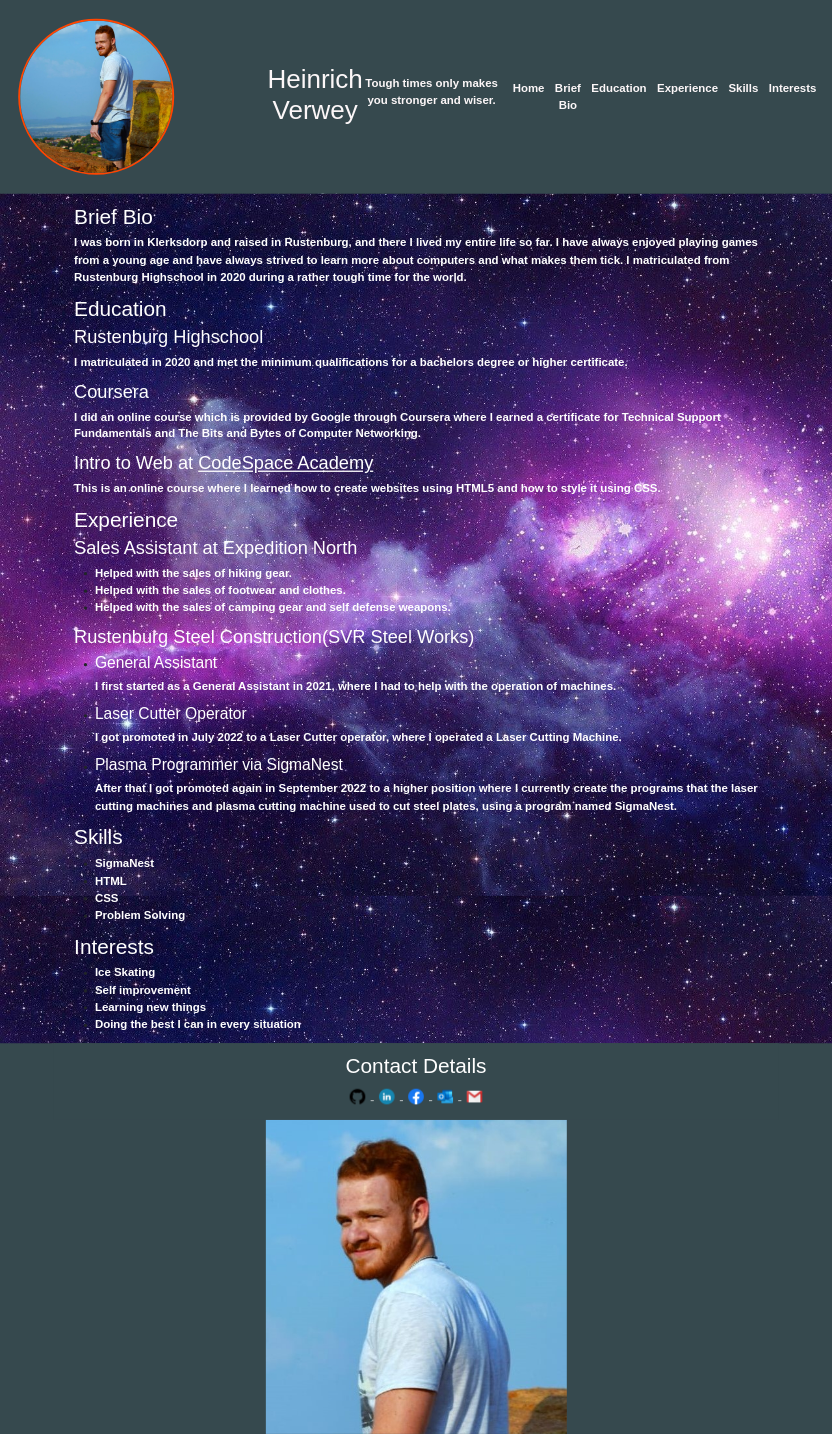
Repository: W3asl3y/IntroToWebDesign
Page: index.html
These files come from the project's save history. The page is drawn as it stood at one moment and after the next save; the edit follows.
The browser window is 1280 px wide. The pictures show the whole page, at 65% of full size.

Above is the page before, as saved 2022-12-09 15:47:26.

### index.html
<!DOCTYPE html>
<html lang="en">
    <head>
        <meta charset="UTF-8">
        <meta http-equiv="X-UA-Compatible" content="IE=edge">
        <meta name="viewport" content="width=device-width, initial-scale=1.0">

        <title>
            My Resume
        </title>

        <link rel="stylesheet" href="https://cdn.jsdelivr.net/npm/bootstrap@5.2.3/dist/css/bootstrap.min.css" integrity="sha384-rbsA2VBKQhggwzxH7pPCaAqO46MgnOM80zW1RWuH61DGLwZJEdK2Kadq2F9CUG65" crossorigin="anonymous">

        <link rel="stylesheet" type="text/css" href="css/stylesheet.css">

        <script src="https://cdn.jsdelivr.net/npm/bootstrap@5.2.3/dist/js/bootstrap.bundle.min.js" integrity="sha384-kenU1KFdBIe4zVF0s0G1M5b4hcpxyD9F7jL+jjXkk+Q2h455rYXK/7HAuoJl+0I4" crossorigin="anonymous"></script>

    </head>
    <body>

        <header id="heading">

                    <nav class="navbar navbar-expand-lg bg-transparent">

                        <div class="container-fluid m-0">
                                 <a class="navbar-brand" href="#"><img id="profile_picture" src="images/Heinrich.jpg" alt="My profile picture" ></a>
                        </div>

                        <div class="container">
                            <h1>
                                Heinrich Verwey
                            </h1>
                            <p>
                                Tough times only makes you stronger and wiser.
                            </p>
                        </div>

                                 <button class="navbar-toggler m-auto" type="button" data-bs-toggle="collapse" data-bs-target="#navbarSupportedContent" aria-controls="navbarSupportedContent" aria-expanded="false" aria-label="Toggle navigation">
                                    <span class="navbar-toggler-icon"></span>
                                </button>

                                <div class="collapse navbar-collapse" id="navbarSupportedContent">
                                    <ul class="navbar-nav me-auto mb-2 mb-lg-0">
                                        <li class="nav-item">
                                            <a class="nav-link active" aria-current="page" href="#">Home</a>
                                        </li>
                                        <li class="nav-item">
                                            <a class="nav-link" href="#brief_bio"> Brief Bio </a>
                                        </li>
                                        <li class="nav-item dropdown">
                                            <a class="nav-link" href="#education"> Education </a>
                                        </li>
                                        <li class="nav-item">
                                            <a class="nav-link" href="#experience"> Experience </a>
                                        </li>
                                        <li class="nav-item">
                                            <a class="nav-link" href="#skills"> Skills </a>
                                        </li>
                                        <li class="nav-item">
                                             <a class="nav-link" href="#interests"> Interests </a>
                                        </li>
                                    </ul>
                                </div>

                            </div>

                        </div>

                    </nav>

                </div>

            </div>

        </header>

        <div class="backgroundImage">

        <main>
            <div class="container" style="padding-top: 1rem">
                <div class="row">
                    <div class="col-12">
                        <article id="contents">
                            <h2 id="brief_bio">
                                Brief Bio
                            </h2>
                            <p>
                                I was born in Klerksdorp and raised in Rustenburg, and there I lived my entire life so far. I have always enjoyed playing games from a young age and have always strived to learn more about computers and what makes them tick. I matriculated from Rustenburg Highschool in 2020 during a rather tough time for the world.
                            </p>
                            <h2 id=education>
                                Education
                            </h2>
                            <h3>
                                Rustenburg Highschool
                            </h3>
                            <p>
                                I matriculated in 2020 and met the minimum qualifications for a bachelors degree or higher certificate.
                            </p>
                            <h3>
                                Coursera
                            </h3>
                            <p>
                                I did an online course which is provided by Google through Coursera where I earned a certificate for Technical Support Fundamentals and The Bits and Bytes of Computer Networking.
                            </p>
                            <h3>
                                Intro to Web at <a href="https://www.codespace.co.za/courses/frontend-web-development/">CodeSpace Academy</a>
                            </h3>
                            <p>
                                This is an online course where I learned how to create websites using HTML5 and how to style it using CSS.
                            </p>
                            </h3>
                            <h2 id="experience">
                                Experience
                            </h2>
                            <h3>
                                Sales Assistant at Expedition North
                            </h3>
                            <ul>
                                <li>
                                    Helped with the sales of hiking gear.
                                </li>
                                <li>
                                    Helped with the sales of footwear and clothes.
                                </li>
                                <li>
                                    Helped with the sales of camping gear and self defense weapons.
                                </li>
                            </ul>
                            <h3>
                                Rustenburg Steel Construction(SVR Steel Works)
                            </h3>
                            <ul>
                                <li>
                                    <h4>
                                        General Assistant
                                    </h4>
                                        <p>
                                            I first started as a General Assistant in 2021, where I had to help with the operation of machines.
                                        </p>
                                </li>
                                <li>
                                    <h4>
                                        Laser Cutter Operator
                                    </h4>
                                        <p>
                                            I got promoted in July 2022 to a Laser Cutter operator, where I operated a Laser Cutting Machine.
                                        </p>
                                </li>
                                <li>
                                    <h4>
                                        Plasma Programmer via SigmaNest
                                    </h4>
                                        <p>
                                            After that I got promoted again in September 2022 to a higher position where I currently create the programs that the laser cutting machines and plasma cutting machine used to cut steel plates, using a program named SigmaNest.
                                        </p>
                                </li>
                            </ul>
                            <h2 id="skills">
                                Skills
                            </h2>
                            <ul>
                                <li>
                                    SigmaNest
                                </li>
                                <li>
                                    HTML
                                </li>
                                <li>
                                    CSS
                                </li>
                                <li>
                                    Problem Solving
                                </li>
                            </ul>
                            <h2 id="interests">
                                Interests
                            </h2>
                            <ul>
                                <li>
                                    Ice Skating
                                </li>
                                <li>
                                    Self improvement
                                </li>
                                <li>
                                    Learning new things
                                </li>
                                <li>
                                    Doing the best I can in every situation
                                </li>
                            </ul>
                        </article>
                    </div>
                </div>
            </div>

        </main>

        </div>
        <div class="container text-center" >
            <footer class="footer">
                <h2>
                    Contact Details
                </h2>
                    <a href="https://github.com/W3asl3y" target="_blank">
                        <img class="my_contacts" src="Images\Github-22.png" alt="My Github">
                    </a>
                    <a href="https://www.linkedin.com/in/heinrich-verwey-1627a7205/" target="_blank">
                        <img class="my_contacts" src="Images\LinkedIn.webp" alt="My LinkedIn">
                    </a>
                    <a  href="https://www.facebook.com/heinrich.verwey.79/" target="_blank">
                        <img class="my_contacts" src="Images\Facebook.webp" alt=" My Facebook">
                    </a>
                    <a href="mailto:verwey41@outlook.com" target="_blank">
                        <img class="my_contacts" src="Images\Microsoft-Outlook-01.png" alt="My Outlook Email">
                    </a>
                    <a href="https://mail.google.com/mail/u/0/#inbox?compose=DmwnWrRpddMlNTSjFqkttlfhgGgSTqTdZwvhCZbHGPMFCZvZVTDvqlDvZQjtBGtGFFxcnhXPNVnl" target="_blank">
                        <img class="my_contacts" src="Images\Gmail.webp" alt="My Gmail Email">
                    </a>

            </footer>
        </div>

        <div class="pictureOfMe">
            <picture>
                <source media="(max-width: 650px)" srcset="Images\Heinrich-H.jpg">
                <source media="(max-width: 1400px)" srcset="Images\Heinrich-HS.jpg">
                <img src="Images\Heinrich.jpg" alt="It is a picture of me">
            </picture>
        </div>

    </body>
</html

### CSS/stylesheet.css
* { box-sizing: border-box }

body{
     font-family:sans-serif;
     font-size:110%;
     font-weight: bolder;
     background-color:  #36494e ;
     display: flex;
     flex-direction: column;
}

.backgroundImage {
     background-image: url("/images/background-image.jpg");
     background-size: auto;

}

main {
     display: flex;
     flex-direction: row;
     overflow: unset;
     -webkit-text-fill-color: white;
}

header {
     text-align: center;
    -webkit-text-fill-color: #FCF7F8;
     background-color: #36494e;
     padding: 1rem;
}



#profile_picture {
     width: 15rem;
     border-radius: 50%;
     border: 3px solid orangered;
}

.nav-menu {
     list-style: none;
     padding: 0%;
}

#contents {
     padding-left: 2rem;
     background-color: transparent;
     background-image: none;
}



a:link {
     color: blue;
}

a:visited {
     color: blue;
}

.my_contacts {
     width: 40px;
     padding: 0.5rem;
}



footer {
     background-color: #36494e;
     text-align: center;
     -webkit-text-fill-color: white;
     padding: 1rem;
     justify-content: center;
}


.pictureOfMe {
     align-self: center;
}

@media  screen and (max-width:600px){
     #sidebar {
          width: 30vw;
     }
     #contents {
          width: auto;
     }
     .backgroundImage {
          width: auto;
     }
}

@media screen and (max-width:1000px) {
     #sidebar {
          width: 30vw;
     }
     #contents {
          width: auto;
     }
     .backgroundImage {
          width: auto;
     }

}

@media screen and (min-width:1000px) {
     #sidebar {
          width: 30vw;
     }
     #contents {
          width: auto;
     }
     .backgroundImage {
          width: auto;
     }

}

After the next save:
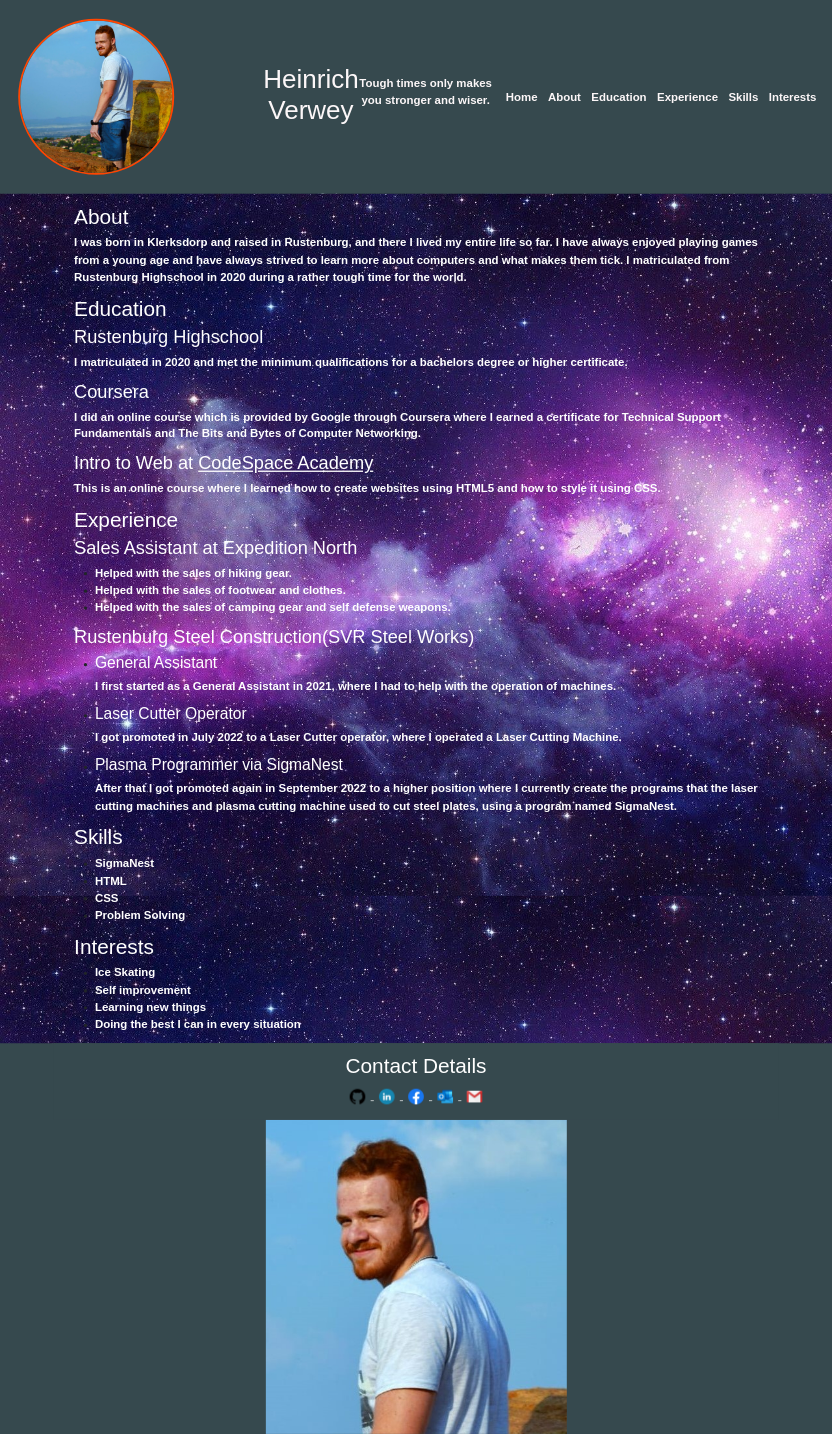
Saved 103 s later.
--- a/index.html
+++ b/index.html
@@ -45,7 +45,7 @@
                                             <a class="nav-link active" aria-current="page" href="#">Home</a>
                                         </li>
                                         <li class="nav-item">
-                                            <a class="nav-link" href="#brief_bio"> Brief Bio </a>
+                                            <a class="nav-link" href="#about"> About </a>
                                         </li>
                                         <li class="nav-item dropdown">
                                             <a class="nav-link" href="#education"> Education </a>
@@ -81,8 +81,8 @@
                 <div class="row">
                     <div class="col-12">
                         <article id="contents">
-                            <h2 id="brief_bio">
-                                Brief Bio
+                            <h2 id="about">
+                                About
                             </h2>
                             <p>
                                 I was born in Klerksdorp and raised in Rustenburg, and there I lived my entire life so far. I have always enjoyed playing games from a young age and have always strived to learn more about computers and what makes them tick. I matriculated from Rustenburg Highschool in 2020 during a rather tough time for the world.

After the save that followed:
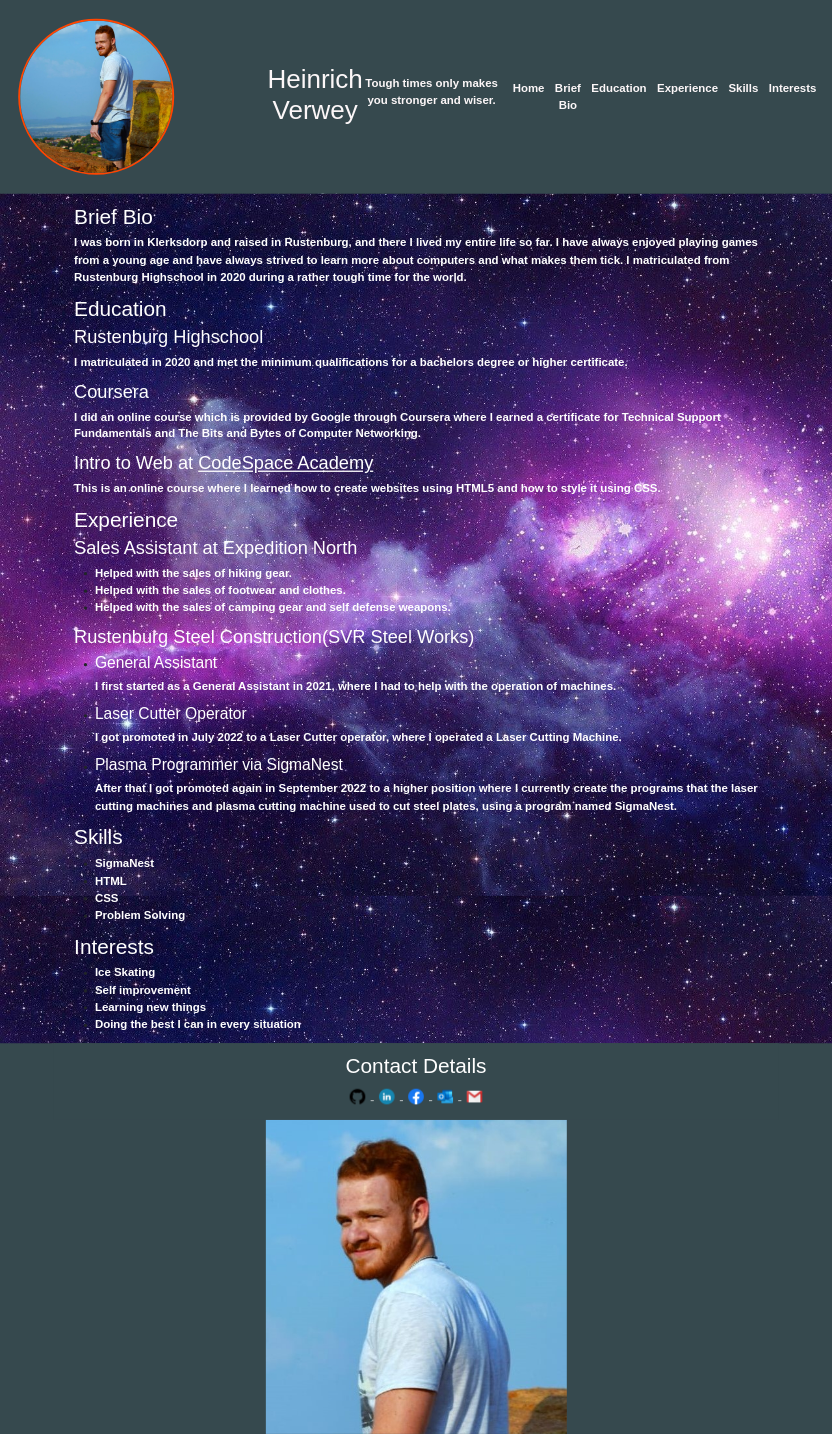
Saved 34 s later.
--- a/index.html
+++ b/index.html
@@ -45,7 +45,7 @@
                                             <a class="nav-link active" aria-current="page" href="#">Home</a>
                                         </li>
                                         <li class="nav-item">
-                                            <a class="nav-link" href="#about"> About </a>
+                                            <a class="nav-link" href="#brief_bio"> Brief Bio </a>
                                         </li>
                                         <li class="nav-item dropdown">
                                             <a class="nav-link" href="#education"> Education </a>
@@ -81,8 +81,8 @@
                 <div class="row">
                     <div class="col-12">
                         <article id="contents">
-                            <h2 id="about">
-                                About
+                            <h2 id="brief_bio">
+                                Brief Bio
                             </h2>
                             <p>
                                 I was born in Klerksdorp and raised in Rustenburg, and there I lived my entire life so far. I have always enjoyed playing games from a young age and have always strived to learn more about computers and what makes them tick. I matriculated from Rustenburg Highschool in 2020 during a rather tough time for the world.
